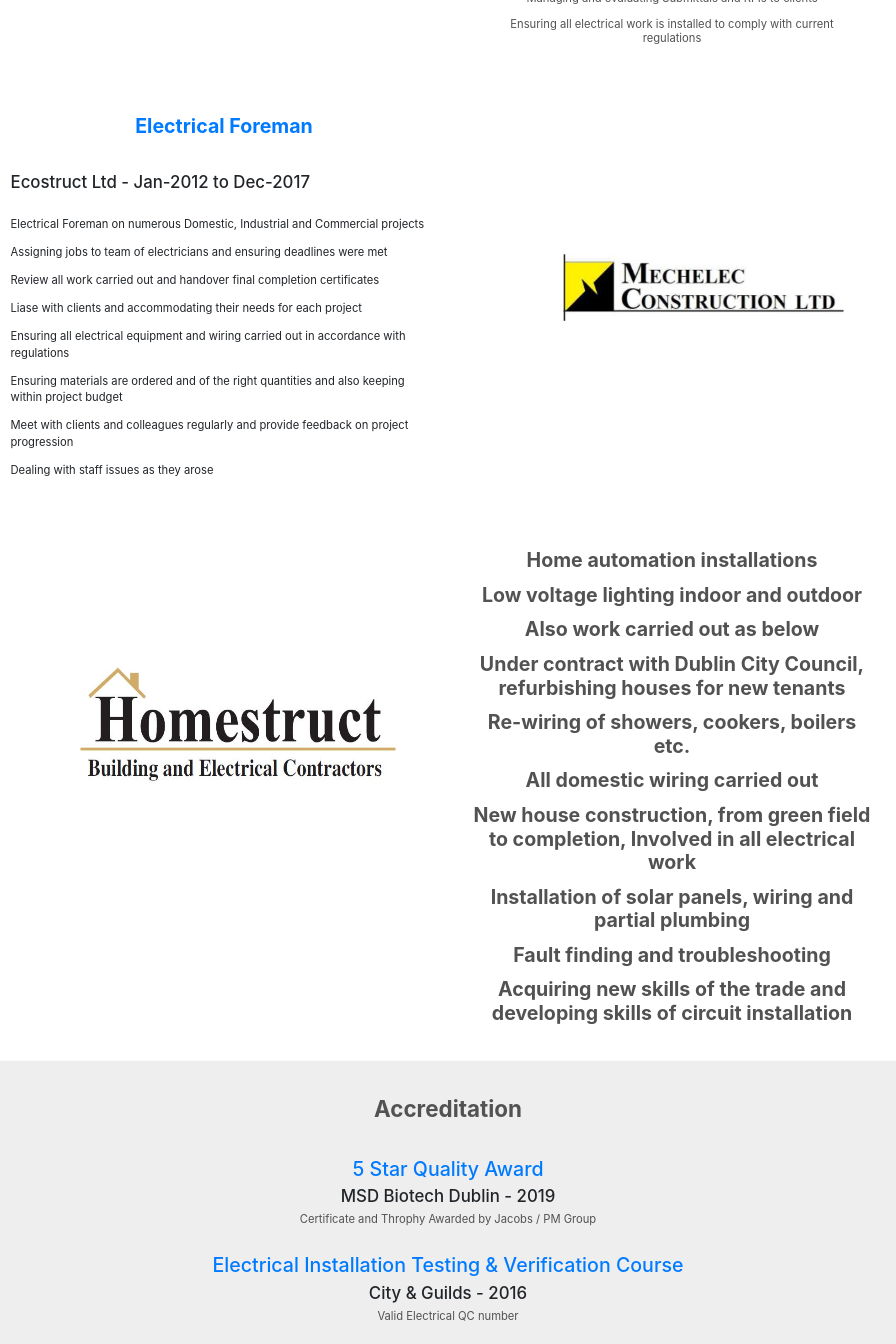
Repository: Code-Institute-Submissions/collyd21-milestone1
Page: resume.html
The author's editor kept a record of every edit. The page is drawn from the files as they stood at one moment, then again after the next edit.
The browser window is 1280 px wide. The pictures show the part of the page from y = 1306 to 3226 px (the page is 3767 px tall before and 3743 px after), at 70% of full size.

Above is the page before.

### resume.html
<!DOCTYPE html>
<html lang="en">

<head>
    <meta charset="UTF-8">
    <meta name="viewport" content="width=device-width, initial-scale=1.0">
    <meta http-equiv="X-UA-Compatible" content="ie=edge">
    <script src="https://code.jquery.com/jquery-3.4.1.slim.min.js" integrity="sha384-J6qa4849blE2+poT4WnyKhv5vZF5SrPo0iEjwBvKU7imGFAV0wwj1yYfoRSJoZ+n" crossorigin="anonymous"></script>
    <script src="https://stackpath.bootstrapcdn.com/bootstrap/4.4.1/js/bootstrap.min.js" integrity="sha384-wfSDF2E50Y2D1uUdj0O3uMBJnjuUD4Ih7YwaYd1iqfktj0Uod8GCExl3Og8ifwB6" crossorigin="anonymous"></script>
    <link rel="stylesheet" href="https://stackpath.bootstrapcdn.com/bootstrap/4.4.1/css/bootstrap.min.css" integrity="sha384-Vkoo8x4CGsO3+Hhxv8T/Q5PaXtkKtu6ug5TOeNV6gBiFeWPGFN9MuhOf23Q9Ifjh" crossorigin="anonymous">
    <link rel="stylesheet" href="https://stackpath.bootstrapcdn.com/font-awesome/4.7.0/css/font-awesome.min.css" type="text/css" />
    <link href="https://fonts.googleapis.com/css?family=Roboto&display=swap" rel="stylesheet">
    <link rel="stylesheet" href="assets/css/style.css">
    <link rel="shortcut icon" href="favicon.ico" type="image/x-icon">
    <link rel="icon" href="favicon.ico" type="image/x-icon">
    <title>Colm Doyle - Personal Profile</title>
</head>

<body>

    <!--*******************************Navbar*******************************-->

    <nav class="navbar navbar-expand-md">
        <button class="navbar-toggler custom " data-toggle="collapse" data-target="#collapse_target">
                <span class="navbar-toggler-icon"></span>
            </button>
        <div class="justify-content-center collapse navbar-collapse" id="collapse_target">
            <ul class="navbar-nav">
                <li class="nav-item">
                    <a class="nav-link" href="index.html">About</a>
                </li>
                <li class="nav-item">
                    <a class="nav-link" href="resume.html">Resume</a>
                </li>
                <li class="nav-item">
                    <a class="nav-link" href="projects.html">Projects</a>
                </li>
                <li class="nav-item">
                    <a class="nav-link" href="contact.html">Contact</a>
                </li>
            </ul>
        </div>
    </nav>

    <!--*******************************Header*******************************-->

    <header class="jumbotron-fluid">
        <div class="container-fluid no-gutters d-none d-md-block" id="main-view-large">
            <div class="row">
                <div class="col-lg-8 col-md-8 col-sm-12 col-xs-12" id="resume-large">
                    <h1 class="uppercase-jumbo">Personal Information</h1>
                    <br>
                    <h3 class="uppercase">Name</h3>
                    <h4>Colm Doyle</h4>
                    <br>
                    <h3 class="uppercase">Address</h3>
                    <h4>73 Woodlands, Ratoath, Co. Meath</h4>
                    <br>
                    <h3 class="uppercase">Phone</h3>
                    <h4>087-9065284</h4>
                    <br>
                    <h3 class="uppercase">E-mail</h3>
                    <h4>collydoyle_88@hotmail.com</h4>
                    <br>
                </div>
            </div>
        </div>
        <div class="container-fluid no-gutters d-block d-md-none" id="main-view-small">
            <div class="row">
                <div class="col-lg-8 col-md-8 col-sm-12 col-xs-12" id="resume-small">
                    <h1 class="uppercase-jumbo">Personal Information</h1>
                    <h3 class="uppercase">Name</h3>
                    <h4>Colm Doyle</h4>
                    <h3 class="uppercase">Address</h3>
                    <h4>73 Woodlands, Ratoath, Co. Meath</h4>
                    <h3 class="uppercase">Phone</h3>
                    <h4>087-9065284</h4>
                    <h3 class="uppercase">E-mail</h3>
                    <h4>collydoyle_88@hotmail.com</h4>
                    <br>
                </div>
            </div>
        </div>
    </header>

    <!--*******************************Work Experience*******************************-->

                            <!--***********Work 1***********-->

    <section class="container-fluid work">
        <h2 class="col-12 top-margin">Work Experience</h2>
        <div class="row">
            <aside class="d-none d-md-flex col-6">
                <img class="sts-logo" src="./assets/images/stslogo.jpg" alt="STS Logo" />
            </aside>
            <article class="col-lg-6 col-md-6 col-sm-12 col-xs-12">
                <h3 class="h3-colour">QA/QC Technician</h3>
                <h4>STS Group - Jan-2018 to Present</h4>
                <br>
                <div class="row">
                    <div class="col-12">
                        <p>Responsible for Testpack and O&M Manual handover to client</p>
                        <p>Reading, interpreting and verifying drawings are correct and comply with installation scope</p>
                        <p>Assuring quality control on project installation of Pharmaceutical Plants, Data Centres, and large Commercial projects</p>
                        <p>Review all testing and test sheets for electrical installation</p>
                        <p>Meeting with clients to ensure test pack handovers are complete and signed off to standards and client specs</p>
                        <p>Regular walkdowns with client to review progress of systems/project</p>
                        <p>Review and resolve design/electrical issues</p>
                        <p>Managing and evaluating Submittals and RFIs to clients</p>
                        <p class="bottom-margin">Ensuring all electrical work is installed to comply with current regulations</p>
                    </div>
                </div>
            </article>
        </div>
        </section>

                            <!--***********Work 2***********-->

        <section class="container-fluid work2">
        <div class="row">
            <article class="col-lg-6 col-md-6 col-sm-12 col-xs-12">
                <h3 class="top-margin h3-colour">Electrical Foreman</h3>
                <h4>Ecostruct Ltd - Jan-2012 to Dec-2017</h4>
                <br>
                <div class="row">
                    <div class="col-12">
                        <p>Electrical Foreman on numerous Domestic, Industrial and Commercial projects</p>
                        <p>Assigning jobs to team of electricians and ensuring deadlines were met</p>
                        <p>Review all work carried out and handover final completion certificates</p>
                        <p>Liase with clients and accommodating their needs for each project</p>
                        <p>Ensuring all electrical equipment and wiring carried out in accordance with regulations</p>
                        <p>Ensuring materials are ordered and of the right quantities and also keeping within project budget</p>
                        <p>Meet with clients and colleagues regularly and provide feedback on project progression</p>
                        <p class="bottom-margin">Dealing with staff issues as they arose</p>
                    </div>
                </div>
            </article>
            <aside class="d-none d-md-flex col-6">
                <img class="mech-logo" src="./assets/images/mecheleclogo.jpg" alt="Mechelec Logo" />
            </aside>
        </div>
        </section>

                            <!--***********Work 3***********-->

        <section class="container-fluid work3">
        <div class="row">
            <aside class="d-none d-md-flex col-6">
                <img class="hs-logo" src="./assets/images/homestructlogo.jpg" alt="Homestruct Logo" />
            </aside>
            <article class="col-lg-6 col-md-6 col-sm-12 col-xs-12">
                <h3 class="top-margin h3-colour>Apprentice Electrician</h3>
                <h4>Homestruct Ltd - April-2007 to Dec-2012</h4>
                <br>
                <div class="row">
                    <div class="col-12">
                        <p>Home automation installations</p>
                        <p>Low voltage lighting indoor and outdoor</p>
                        <p>Also work carried out as below</p>
                        <p>Under contract with Dublin City Council, refurbishing houses for new tenants</p>
                        <p>Re-wiring of showers, cookers, boilers etc.</p>
                        <p>All domestic wiring carried out</p>
                        <p>New house construction, from green field to completion, Involved in all electrical work</p>
                        <p>Installation of solar panels, wiring and partial plumbing</p>
                        <p>Fault finding and troubleshooting</p>
                        <p class="bottom-margin">Acquiring new skills of the trade and developing skills of circuit installation</p>
                    </div>
                </div>
            </article>
        </div>
    </section>

    <!--*******************************Accreditation*******************************-->

    <section class="container-fluid accreditation">
        <div class="row">
            <h2 class="col-12 top-margin ">Accreditation</h2>
            <div class="col-12 resume">
                <h3 class="h3-colour">5 Star Quality Award</h3>
                <h4>MSD Biotech Dublin - 2019</h4>
                <p>Certificate and Throphy Awarded by Jacobs / PM Group</p>
                <br>
            </div>
            <div class="col-12 accreditation">
                <h3 class="h3-colour">Electrical Installation Testing & Verification Course</h3>
                <h4>City & Guilds - 2016</h4>
                <p>Valid Electrical QC number</p>
                <br>
            </div>
            <div class="col-12 accreditation">
                <h3 class="h3-colour">REVIT and Level 2 BIM</h3>
                <h4>Dublin Institute of Design - 2016</h4>
                <p>Certificate in REVIT and Level 2 BIM</p>
                <br>
            </div>
            <div class="col-12 accreditation">
                <h3 class="h3-colour">Associate Certificate in Graphic Design</h3>
                <h4>Dublin Institute of Design - 2013</h4>
                <p>Associate Certificate in Graphic Design</p>
                <br>
            </div>
            <div class="col-12 accreditation">
                <h3 class="h3-colour">Manutronics Automation</h3>
                <h4>Dublin Institute of Technology - 2005 - 2007</h4>
                <p class="bottom-margin ">Higher Certificate</p>
            </div>
        </div>
    </section>

    <!--*******************************Footer*******************************-->

    <footer class="container-fluid">
        <div class="row" id="footer">
            <div class="col-sm-4">
                <h4 class="uppercase footer">Colm Doyle</h4>
                <h5>&bull; QA/QC Technician</h5>
                <h5>&bull; Full Stack Developer</h5>
            </div>
            <div class="col-sm-4">
                <h4 class="uppercase">Download</h4>
                <p class="inline-block">
                    Download my CV here.
                    <a href="assets/pdfs/Colm Doyle CV.pdf" target="_blank" class="cv-pdf">
                        <i class="fa fa-download" aria-hidden="true"></i>
                        <span class="sr-only">Download link</span>
                    </a>
                </p>
            </div>
            <div class="col-sm-4">
                <h4 class="uppercase">Social</h4>
                <ul class="list-inline social-links">
                    <li class="list-inline-item">
                        <a target="_blank" href="https://linkedin.com/in/colm-doyle-88b0b6164">
                            <i class="fa fa-linkedin" aria-hidden="true"></i>
                            <span class="sr-only">LinkedIn</span>
                     </a>
                    </li>
                    <li class="list-inline-item">
                        <a target="_blank" href="https://github.com/collyd21">
                            <i class="fa fa-github " aria-hidden="true"></i>
                            <span class="sr-only">Github</span>
                        </a>
                </ul>
            </div>
        </div>
    </footer>
</body>

</html>

### assets/css/style.css
/*-----------------------------------------------Navbar----------------------------------------*/

.navbar {
    font-family: "Roboto", sans-serif;
    background-color: #d1cfce;
    width: 100vw;
}

.nav-link {
    margin-left: 50px;
    color: #fff;
}

.navbar a:hover {
    color: #007bff;
}

.navbar-toggler {
    border-color: #007bff;
}

.navbar-toggler-icon {
    background-image: url("data:[embedded picture, 238 characters]");
}


/*-----------------------------------------------Header/Jumbotron----------------------------------------*/

#main-view-large {
    background-image: url('../images/portrait.png'), linear-gradient(to right, #c2c2c2 0%, #858585 100%);
    background-position: bottom;
    background-size: cover;
    height: 95vh;
    width: 100vw;
    position: relative;
}

#main-view-small {
    background-image: linear-gradient(to right, #c2c2c2 0%, #858585 100%);
    background-position: bottom;
    background-size: cover;
    height: 80vh;
    width: 100vw;
    position: relative;
    padding-left: 0px;
    padding-right: 0px;
}

#about-large,
#about-small {
    font-family: 'Roboto', sans-serif;
    text-align: center;
    position: absolute;
    top: 25%;
    padding-right: 0px;
}

#resume-large {
    font-family: 'Roboto', sans-serif;
    text-align: center;
    position: absolute;
    top: 10%;
}

#resume-small {
    font-family: 'Roboto', sans-serif;
    text-align: center;
    position: absolute;
    top: 10%;
    padding-right: 15px;
    right: 0px;
}

#projects {
    font-family: 'Roboto', sans-serif;
    text-align: center;
    position: absolute;
    top: 15%;
}

#contact-large {
    font-family: 'Roboto', sans-serif;
    text-align: center;
    position: absolute;
    top: 25%;

}

#contact-small {
    font-family: 'Roboto', sans-serif;
    text-align: center;
    position: absolute;
    top: 25%;
    padding-right: 15px;
    right: 0px;

}

.uppercase-jumbo {
    text-transform: uppercase;
    font-weight: bold;
    color: #007bff
}

/*-----------------------------------------------3 Questions----------------------------------------*/

.questions {
    font-family: 'Roboto', sans-serif;
    margin-top: 25px;
    margin-bottom: 25px;
    text-align: center;
}

.question-margin {
    font-family: 'Roboto', sans-serif;
    padding-left: 30px;
    padding-right: 30px;
    text-align: center;
}

.uppercase {
    text-transform: uppercase;
    font-weight: bold;
}

.questions i {
    font-size: 30px;
    color: #007bff;
    text-align: center;
    margin-right: 15px;
}


/*-----------------------------------------------Footer----------------------------------------*/

.inline-block {
    display: inline-block;
}

#footer {
    padding-top: 5px;
    padding-left: 0px;
    padding-right: 0px;
    font-family: 'Roboto', sans-serif;
    background-color: #525252;
    color: #fff;
    text-align: center;
    position: relative;
    width: 100vw;
}

.cv-pdf i {
    padding-left: 5px;
    font-size: 20px;
}

.social-links li a i {
    font-size: 20px;
}

/*--------------------------------------------Work History / Education / Projects-----------------------------------*/

.top-margin {
    padding-top: 50px;
    margin-bottom: 50px;
    color: #525252;
    font-weight: bold;
    text-align: center;
}

.h3-colour {
    color: #007bff;
}

.bg-colour-1 {
    background-color: #e4e4e4;
}


.sts-logo {
    height: 300px;
    width: 300px;
    margin-left: 150px;
    margin-top: 100px;
}

.mech-logo {
    height: 95px;
    width: 400px;
    margin-left: 150px;
    margin-top: 250px;
}

.hs-logo {
    height: 200px;
    width: 450px;
    margin-left: 100px;
    margin-top: 200px;
}

.img-center {
    margin: auto;
    display: block;
}

.work {
    text-align: center;
}

.work p {
    color: #525252;
    margin-left: 30px;
    margin-right: 30px;
    line-height: 20px;
}

.bottom-margin {
    margin-bottom: 50px;
}

.accreditation {
    text-align: center;
        background-color: #eeeeee;
}

.accreditation p {
    color: #525252;
    margin-left: 30px;
    margin-right: 30px;
    line-height: 20px;
}

.projects {
    margin-top: 50px;
    color: #525252;
    text-align: center;
}

.projects p {
    color: #525252;
    margin-left: 30px;
    margin-right: 30px;
    line-height: 20px;
}

.data-centre {
    background-image: url('../images/datacentre20.jpg');
    background-size: cover;
}

.wework {
    background-image: url('../images/wework20.jpg');
    background-size: cover;
}

.pharma {
    background-image: url('../images/pharma20.jpg');
    background-size: cover;
}

.line {
    margin-top: 0em;
    margin-bottom: 0em;
    border-top: 1px solid #007bff;
}


/*--------------------------------------------Contact Form-----------------------------------*/

.contact-heading {
    font-family: "Roboto", sans-serif;
    font-weight: 300;
    margin-top: 25px;
    margin-bottom: 20px;
    color: #525252;
}

.contact-form {
    padding-left: 0;
    padding-right: 0;
}

.center-form {
    padding-top: 10px;
    margin: 0 auto;
    max-width: 70%;
}

button[type="submit"] {
    margin-top: 15px;
    margin-bottom: 20px;
    color: #fafafa;
    background-color: #007bff;
}

button[type="submit"]:hover {
    background-color: #3251c9;
}

After the next edit:
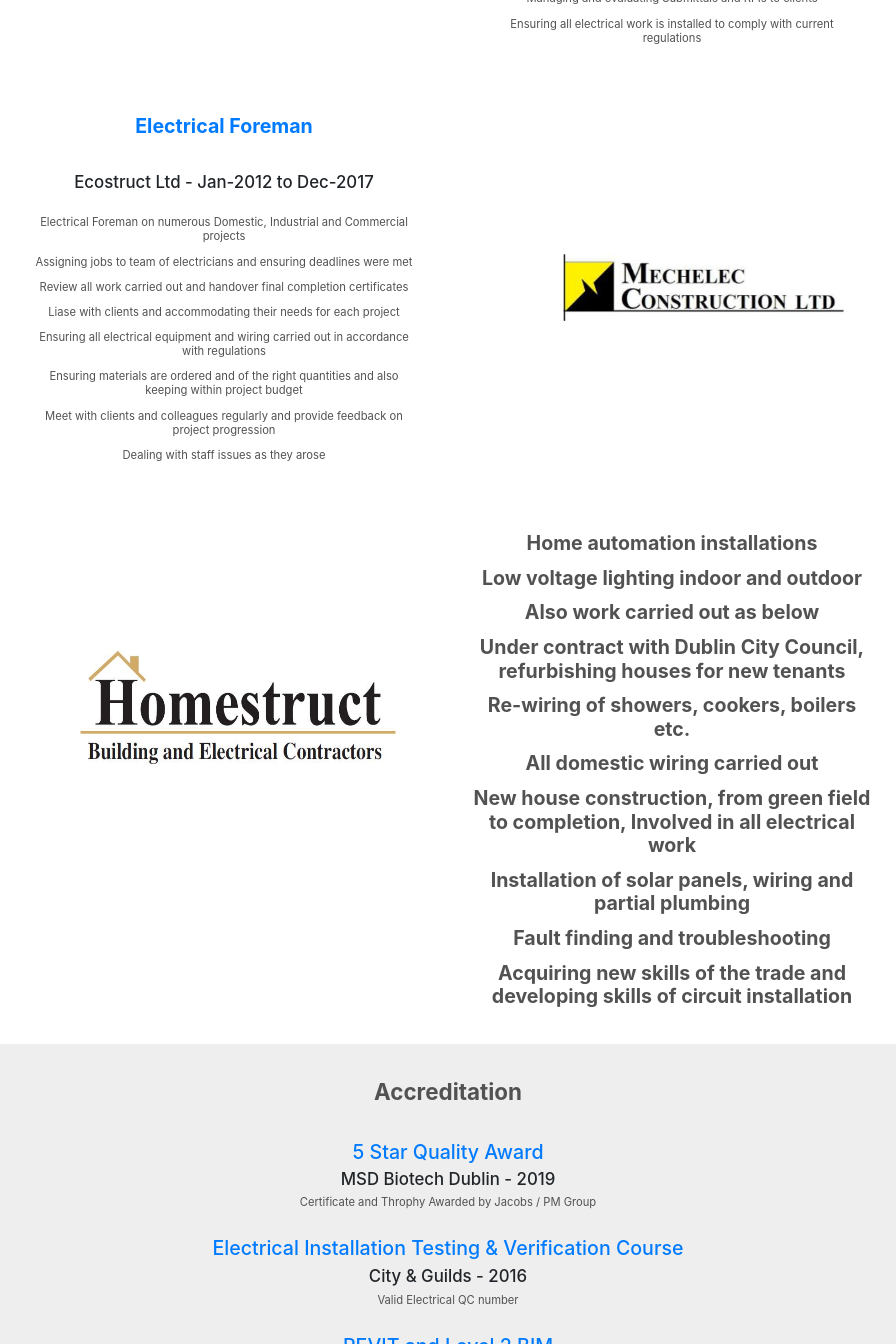
The edit:
--- a/resume.html
+++ b/resume.html
@@ -116,7 +116,7 @@
 
                             <!--***********Work 2***********-->
 
-        <section class="container-fluid work2">
+        <section class="container-fluid work">
         <div class="row">
             <article class="col-lg-6 col-md-6 col-sm-12 col-xs-12">
                 <h3 class="top-margin h3-colour">Electrical Foreman</h3>
